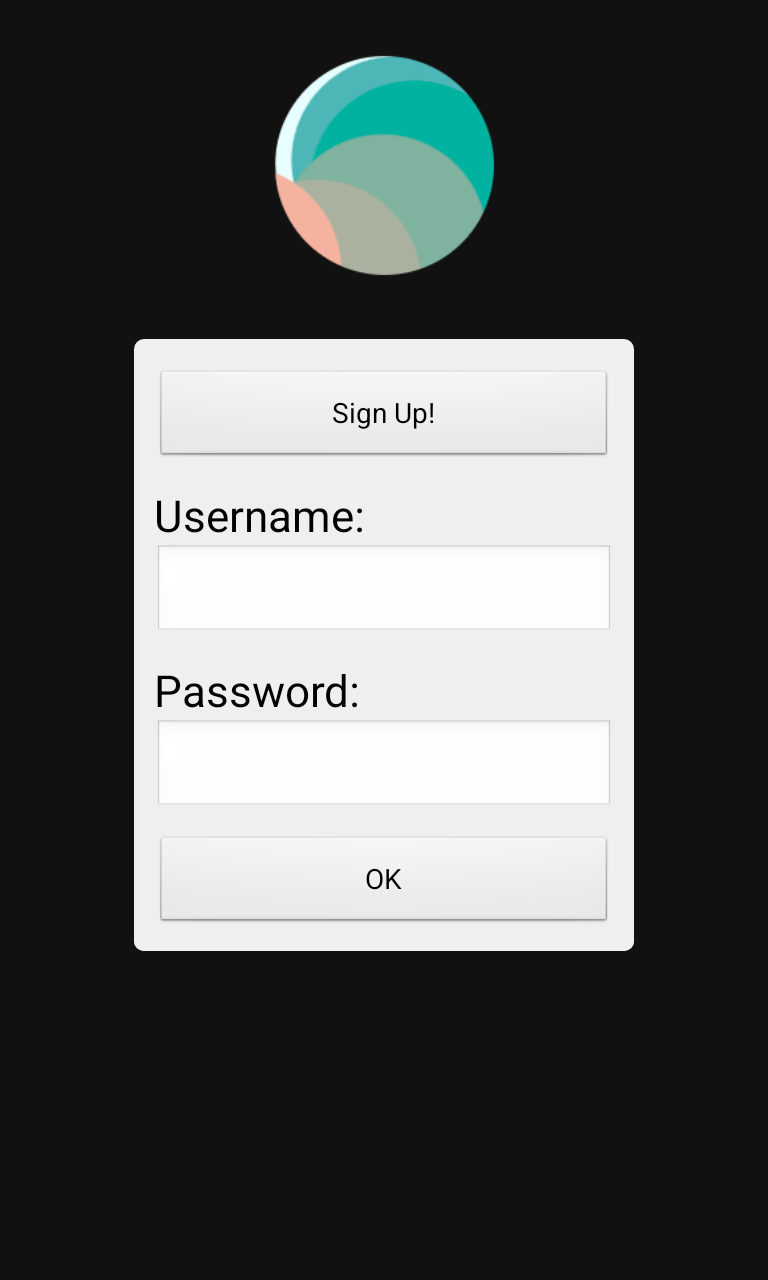
Repository: ppamorim/Coderock-X
Layout: workspace-Android/teste1/res/layout/activity_login.xml
The author's editor kept a copy of each file at every save. The layout is drawn from the files as they stood at one save, then again after the next save.
It is drawn on a 768 x 1280 px phone screen (xhdpi) without system bars, with theme android:Theme.NoTitleBar; the app's code is not run.

Above is the layout before, as saved 2014-01-06 19:43:42.

After the next save:
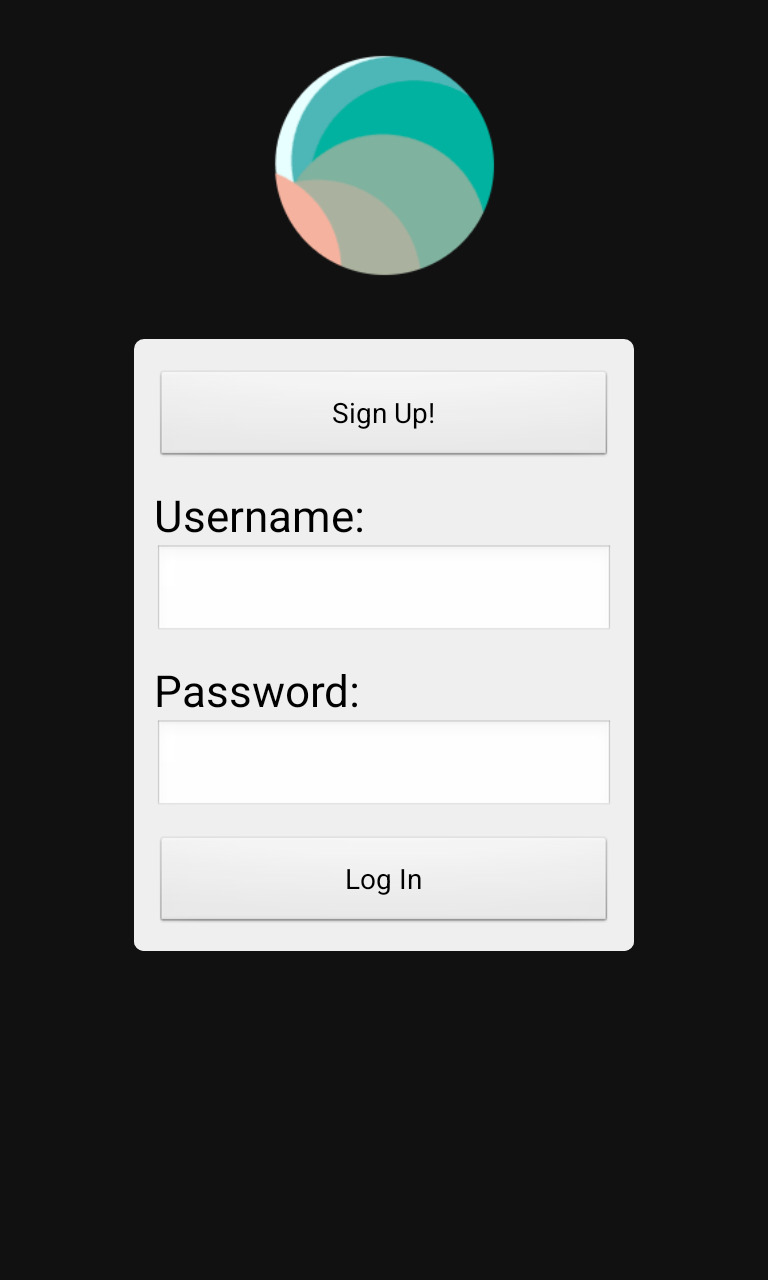
Saved 14 s later.
--- a/workspace-Android/teste1/res/layout/activity_login.xml
+++ b/workspace-Android/teste1/res/layout/activity_login.xml
@@ -96,7 +96,7 @@
             android:layout_marginBottom="10dp"
             android:layout_marginLeft="10dp"
             android:layout_marginRight="10dp"
-            android:text="@string/ok" />
+            android:text="@string/login" />
 
         </LinearLayout>
         </LinearLayout>
